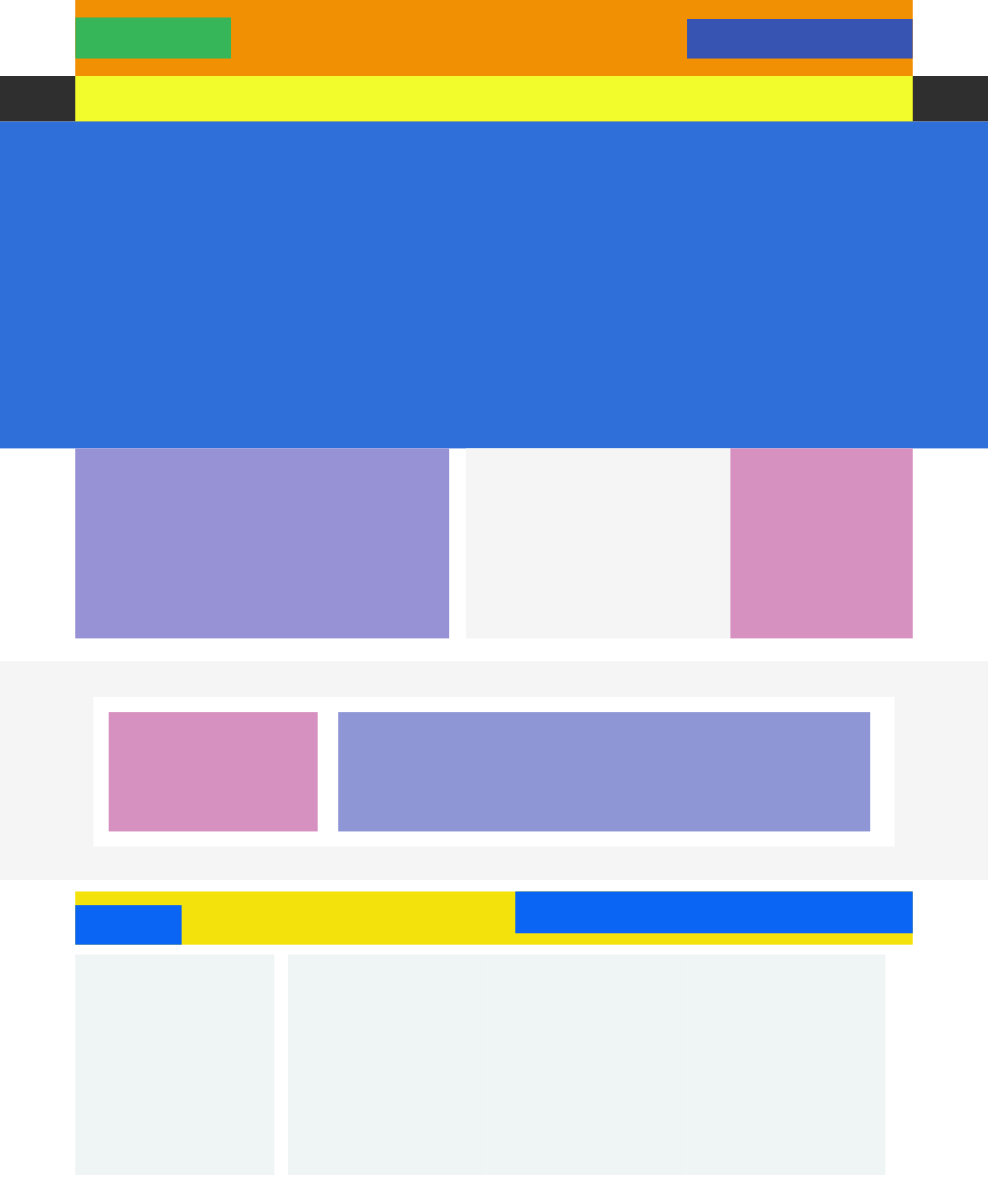
Repository: A1LExX/H5_study_set
Page: day04/扣丁.html
An editor plug-in stored every save of this project. The page is shown before and after the next save, followed by the edit.
The browser window is 1280 px wide. The page is 1300 px wide, so the pictures cover 1300 px, including what lies to the right of the window. The pictures show the whole page, at 76% of full size.

Above is the page before, as saved 2021-06-24 22:32:11.

### day04/扣丁.html
<!--
@author [Alex Wei]
@email [w2262196@outlook.com]
@create date 2021-06-24 19:47:26
@modify date 2021-06-24 20:46:20
@desc [description]
-->
<!DOCTYPE html>
<html lang="en">

<head>
    <meta charset="UTF-8">
    <meta http-equiv="X-UA-Compatible" content="IE=edge">
    <meta name="viewport" content="width=device-width, initial-scale=1.0">
    <title>扣丁学堂</title>
    <link rel="stylesheet" href="./css/codingke.css">
</head>

<body>
    <div class="header">
        <div class="insideHeader">
            <div class="leftBox"></div>
            <div class="rightBox"></div>
        </div>
    </div>
    <div class="con1">
        <div class="out1"></div>
    </div>
    <div class="con2"></div>
    <div class="con3">
        <div class="out2">
            <div class="con3Box1"></div>
            <div class="con3Box2"></div>
            <div class="con3Box3"></div>
        </div>
    </div>
    <div class="con4">
        <div class="out3">
            <div class="con4Box1"></div>
            <div class="con4Box2"></div>
        </div>
    </div>
    <div class="con5">
        <div out="out4">
            <div class="out4_1">
                <div class="out4_1Box1"></div>
                <div class="out4_1Box2"></div>
            </div>
            <div class="out4_2">
                <div class="out4_2Box1"></div>
                <div class="out4_2Box2"></div>
                <div class="out4_2Box3"></div>
                <div class="out4_2Box4"></div>
            </div>
        </div>
    </div>
</body>

</html>

### day04/css/codingke.css
/**
 * @author [Alex Wei]
 * @email [w2262196@outlook.com]
 * @create date 2021-06-24 13:00:50
 * @modify date 2021-06-24 22:32:10
 * @desc [description]
 */
*{
    padding: 0;
    margin: 0;
}
.header{
    width: 1300px;
    height: 100px;
}
.insideHeader{
    width: 1102px;
    height: 100px;
    background: #f29004;
    overflow: hidden;
    margin: 0 auto;
}
.leftBox{
    width: 205px;
    height: 54px;
    background: #36b559;
    float: left;
    margin-top: 23px;
}
.rightBox{
    width: 297px;
    height: 52px;
    background: #3754b3;
    float: right;
    margin-top: 25px;
}
.con1{
    width: 1300px;
    height: 60px;
    background: #2f2f2f;
}
.out1{
    width: 1102px;
    height: 60px;
    background: #f2fb2b;
    margin: 0 auto;
}
.con2{
    width: 1300px;
    height: 430px;
    background: #2f6fd9;
}
.con3{
    width: 1300px;
    height: 250px;
    padding-bottom: 30px;
}
.out2{
    width: 1102px;
    height: 250px;
    margin: 0 auto;
}
.con3Box1{
    width: 492px;
    height: 250px;
    background: #9791d6;
    float: left;
    margin-right: 22px;
}
.con3Box2{
    width: 348px;
    height: 250px;
    float: left;
    background: #f5f5f5;
}
.con3Box3{
    width: 240px;
    height: 250px;
    float: left;
    background: #d691c0;
}
.con4{
    width: 1300px;
    height: 288px;
    background: #f5f5f5;
    overflow: hidden;
}
.out3{
    width: 1002px;
    height: 157px;
    background: #ffffff;
    margin: 0 auto;
    padding-top: 20px;
    padding-right:32px;
    padding-left: 20px;
    padding-bottom: 20px;
    margin-top: 47px;
    margin-bottom: 45px;
}
.con4Box1{
    width: 275px;
    height: 157px;
    background: #d691c0;
    float: left;
    margin-right: 27px;

}
.con4Box2{
    width: 700px;
    height: 157px;
    background: #8f96d5;
    float: left;
}
.con5{
    width: 1300px;
    height: 373px;
    overflow: hidden;
    padding-top: 15px;
    padding-bottom: 30px;
}
.out4{
    width: 1102px;
    height: 373px;
}
.out4_1{
    width: 1102px;
    height: 70px;
    background: #f4e20c;
    margin: 0 auto;
    margin-bottom: 13px;
}
.out4_2{
    width: 1102px;
    height: 290px;
    margin: 0 auto;
}
.out4_1Box1{
    width: 140px;
    height: 52px;
    float: left;
    background: #0b65f4;
    margin-top: 18px;
}
.out4_1Box2{
    width: 523px;
    height: 55px;
    float: right;
    background: #0b65f4;
}
.out4_2Box1{
    width: 262px;
    height: 290px;
    float: left;
    background: #eff4f5;
    margin-right: 18px;
}
.out4_2Box2{
    width: 262px;
    height: 290px;
    float: left;
    background: #eff4f5;
}
.out4_2Box3{
    width: 262px;
    height: 290px;
    float: left;
    background: #eff4f5;
}
.out4_2Box4{
    width: 262px;
    height: 290px;
    float: left;
    background: #eff4f5;
}

After the next save:
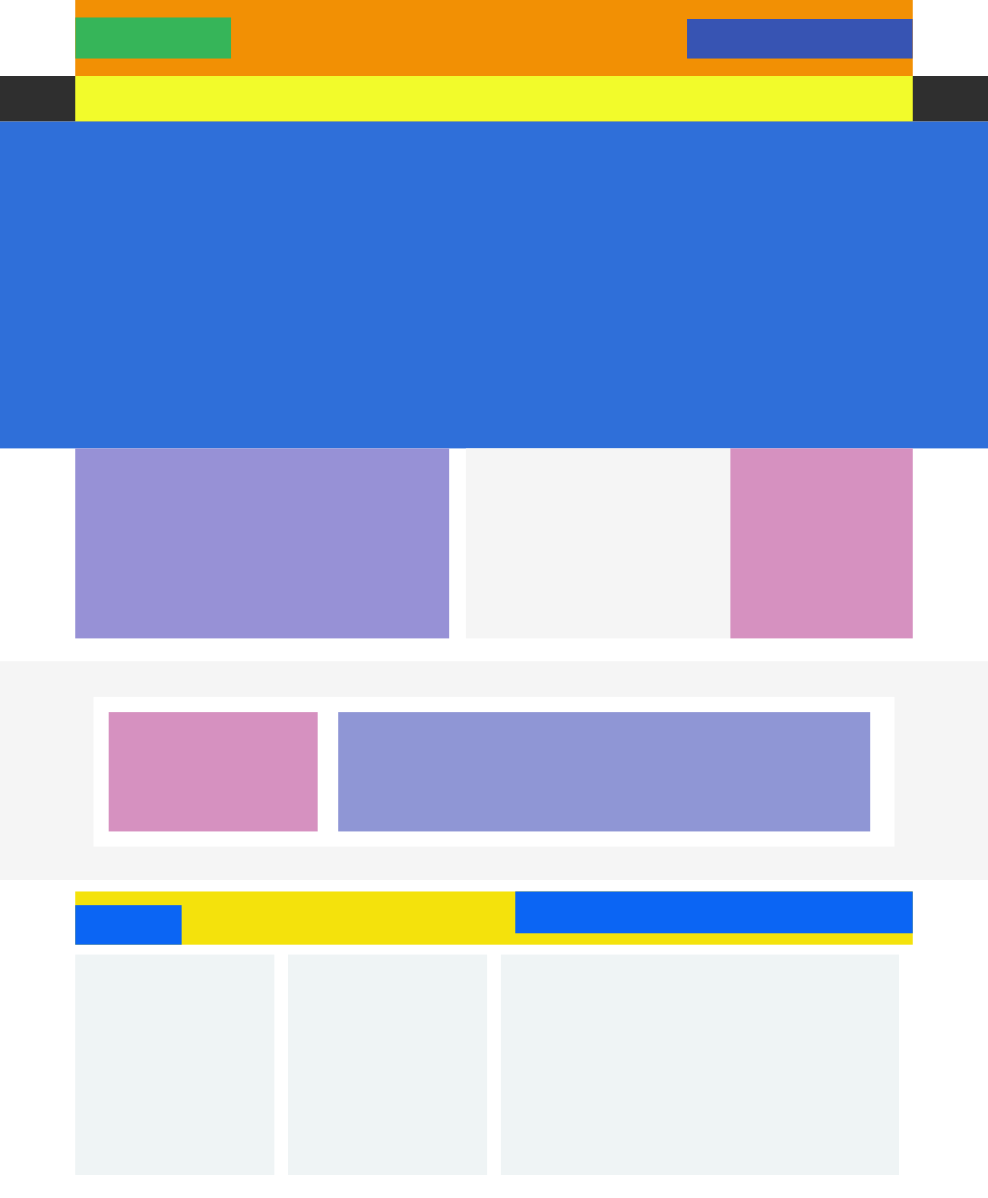
Saved 8 s later.
--- a/day04/css/codingke.css
+++ b/day04/css/codingke.css
@@ -2,7 +2,7 @@
  * @author [Alex Wei]
  * @email [w2262196@outlook.com]
  * @create date 2021-06-24 13:00:50
- * @modify date 2021-06-24 22:32:10
+ * @modify date 2021-06-24 22:32:19
  * @desc [description]
  */
 *{
@@ -159,6 +159,7 @@
     height: 290px;
     float: left;
     background: #eff4f5;
+    margin-right: 18px;
 }
 .out4_2Box3{
     width: 262px;
